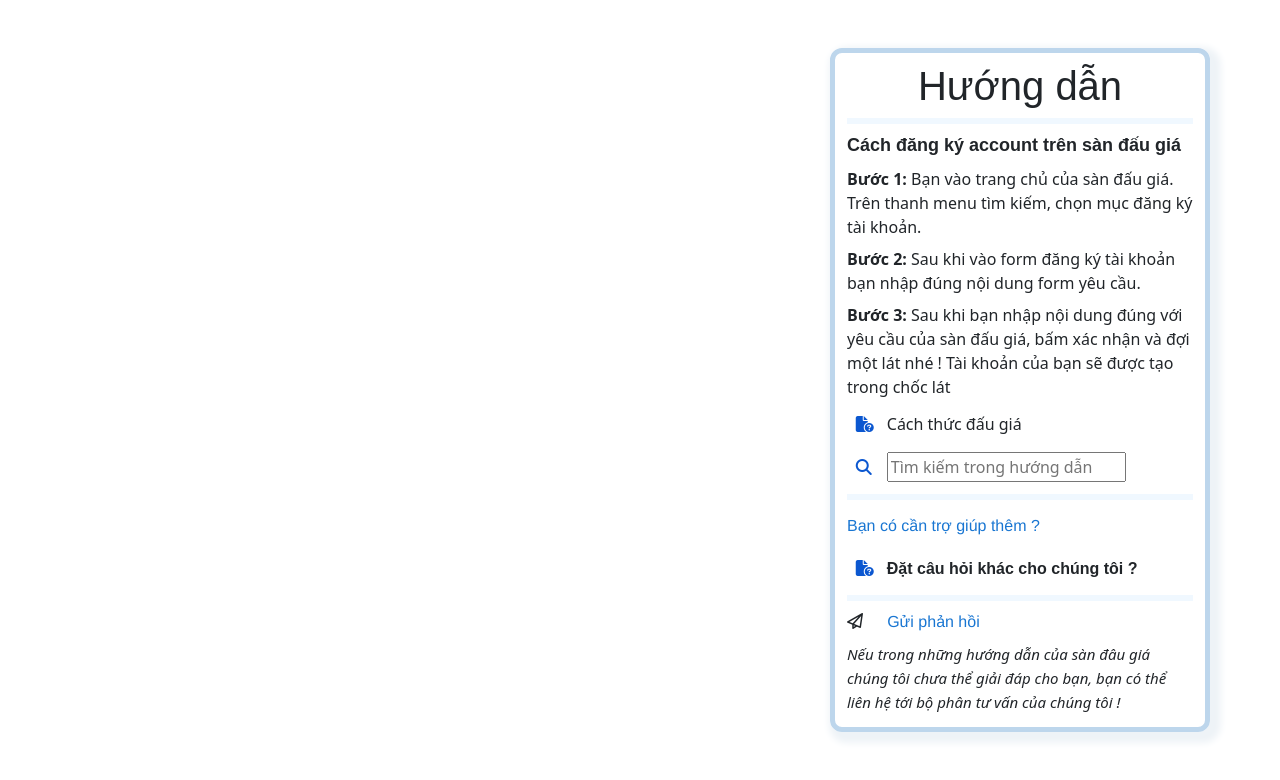
Repository: SonPhamThe/C0622G1-module5
Page: prototype--module6/guides/guide1.html
An editor plug-in stored every save of this project. The page is shown before and after the next save, followed by the edit.
The browser window is 1280 px wide. The pictures show the whole page.
Some web libraries are served in a nearby version.

Above is the page before, as saved 2022-12-07 15:20:16.

### prototype--module6/guides/guide1.html
<!DOCTYPE html>
<html lang="en">
  <head>
    <meta charset="UTF-8" />
    <meta
      name="viewport"
      content="width=device-width, user-scalable=no, initial-scale=1.0, maximum-scale=1.0, minimum-scale=1.0"
    />
    <meta http-equiv="X-UA-Compatible" content="ie=edge" />
    <title>Trang chủ hướng dẫn</title>
    <link rel="stylesheet" href="guide1.css" />
    <link rel="icon" type="image/x-icon" href="favicon.ico" />

    <link
      rel="stylesheet"
      href="https://cdnjs.cloudflare.com/ajax/libs/font-awesome/6.2.1/css/all.min.css"
    />

    <link
      href="https://cdn.jsdelivr.net/npm/bootstrap@5.1.3/dist/css/bootstrap.min.css"
      rel="stylesheet"
      integrity="sha384-1BmE4kWBq78iYhFldvKuhfTAU6auU8tT94WrHftjDbrCEXSU1oBoqyl2QvZ6jIW3"
      crossorigin="anonymous"
    />
    <script
      src="https://cdn.jsdelivr.net/npm/bootstrap@5.1.3/dist/js/bootstrap.bundle.min.js"
      integrity="sha384-ka7Sk0Gln4gmtz2MlQnikT1wXgYsOg+OMhuP+IlRH9sENBO0LRn5q+8nbTov4+1p"
      crossorigin="anonymous"
    ></script>
    <link
      rel="stylesheet"
      href="https://cdnjs.cloudflare.com/ajax/libs/font-awesome/5.15.4/css/all.min.css"
    />
  </head>
  <body>
    <!--Khi chọn mục hướng dẫn trên navbar sẽ đổ modal xuống. Ở trang chủ hướng dẫn em tính làm gồm những phần:
      Cách đăng ký account,
      Thay đổi hoặc đặt lại mật khẩu của bạn,
      Quản lý mật khẩu, vv....
      Khi click một trong số option sẽ chuyển qua một form chứa nội dung của từng tiêu đề đó
     -->
    <div class="container mb-5 mt-5">
      <div class="row">
        <div class="col-lg-4"></div>
        <div class="col-lg-4"></div>
        <div class="boxed col-lg-4 shadow-md" style="height: 100% !important">
          <form>
            <div class="mt-1 text-center">
              <h1 style="font-family: sans-serif">Hướng dẫn</h1>
            </div>
            <div
              class="mb-2"
              style="height: 6px; background-color: aliceblue; width: 100%"
            ></div>
            <div class="mb-2">
              <label
                ><strong style="font-family: sans-serif; font-size: large"
                  >Cách đăng ký account trên sàn đấu giá</strong
                ></label
              >
            </div>
            <div class="mb-2">
              <span>
                <strong>Bước 1: </strong>
                Bạn vào trang chủ của sàn đấu giá. Trên thanh menu tìm kiếm,
                chọn mục đăng ký tài khoản.
              </span>
            </div>
            <div class="mb-2">
              <span>
                <strong>Bước 2: </strong>
                Sau khi vào form đăng ký tài khoản bạn nhập đúng nội dung form
                yêu cầu.
              </span>
            </div>
            <div class="mb-2">
              <span>
                <strong>Bước 3: </strong>
                Sau khi bạn nhập nội dung đúng với yêu cầu của sàn đấu giá, bấm
                xác nhận và đợi một lát nhé ! Tài khoản của bạn sẽ được tạo
                trong chốc lát
              </span>
            </div>

            <div class="mb-2">
              <i class="fa-solid fa-file-circle-question"></i>
              <label>Cách thức đấu giá</label>
            </div>

            <div class="mb-2">
              <i class="fa-solid fa-magnifying-glass"></i>
              <input
                type="search"
                class="search"
                placeholder="Tìm kiếm trong hướng dẫn"
              />
            </div>
            <div
              class="mb-2"
              style="height: 6px; background-color: aliceblue; width: 100%"
            ></div>

            <div class="mb-2">
              <h6
                class="mt-3 mb-3"
                style="color: #1976d2; font-family: Helvetica"
              >
                Bạn có cần trợ giúp thêm ?
              </h6>
              <div class="mb-2">
                <i class="fa-solid fa-file-circle-question"></i>
                <label style="font-family: sans-serif"
                  ><strong>Đặt câu hỏi khác cho chúng tôi ?</strong></label
                >
              </div>
              <div
                class="mb-2"
                style="height: 6px; background-color: aliceblue; width: 100%"
              ></div>
              <div class="mb-2">
                <i class="fa-regular fa-paper-plane"></i>
                <label
                  style="
                    color: #1976d2;
                    font-family: Helvetica;
                    margin-left: 20px;
                  "
                >
                  Gửi phản hồi
                </label>
              </div>
            </div>
          </form>
          <div class="mb-2">
            <span style="font-size: 15px" class="fst-italic"
              >Nếu trong những hướng dẫn của sàn đâu giá chúng tôi chưa thể giải
              đáp cho bạn, bạn có thể liên hệ tới bộ phân tư vấn của chúng tôi
              !</span
            >
          </div>
        </div>

        <div class="col-lg-3"></div>
      </div>
    </div>
  </body>
  <script src="//ajax.googleapis.com/ajax/libs/jquery/1.9.1/jquery.min.js"></script>
  <script
    src="https://cdn.jsdelivr.net/npm/popper.js@1.12.9/dist/umd/popper.min.js"
    integrity="sha384-ApNbgh9B+Y1QKtv3Rn7W3mgPxhU9K/ScQsAP7hUibX39j7fakFPskvXusvfa0b4Q"
    crossorigin="anonymous"
  ></script>
</html>

### prototype--module6/guides/guide1.css
.boxed {
  width: 400px;
  height: 550px;
}

.boxed {
  border: 5px solid;
  border-image-slice: 1;
  border-color: rgb(189, 214, 236);
  padding: 5px;
  border-radius: 12px;
  background-color: transparent;
  box-shadow: 5px 5px 7px 6px  rgb(238, 243, 247);
}

.fa-solid {
  color: #0b57d0;
  height: 1.125rem;
  margin: 0.55rem;
  visibility: initial;
  width: 1.125rem;
}

After the next save:
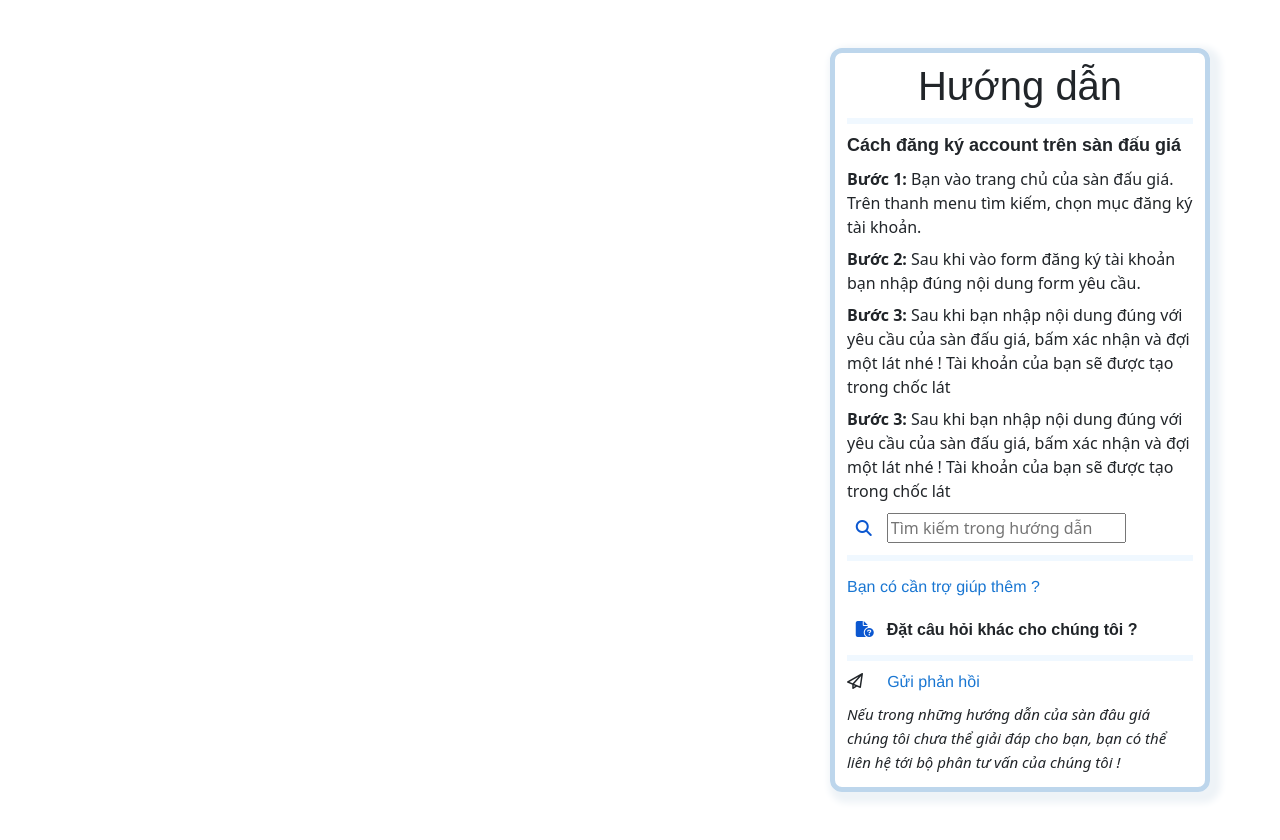
Saved 26 s later.
--- a/prototype--module6/guides/guide1.html
+++ b/prototype--module6/guides/guide1.html
@@ -83,8 +83,12 @@
             </div>
 
             <div class="mb-2">
-              <i class="fa-solid fa-file-circle-question"></i>
-              <label>Cách thức đấu giá</label>
+              <span>
+                <strong>Bước 3: </strong>
+                Sau khi bạn nhập nội dung đúng với yêu cầu của sàn đấu giá, bấm
+                xác nhận và đợi một lát nhé ! Tài khoản của bạn sẽ được tạo
+                trong chốc lát
+              </span>
             </div>
 
             <div class="mb-2">
